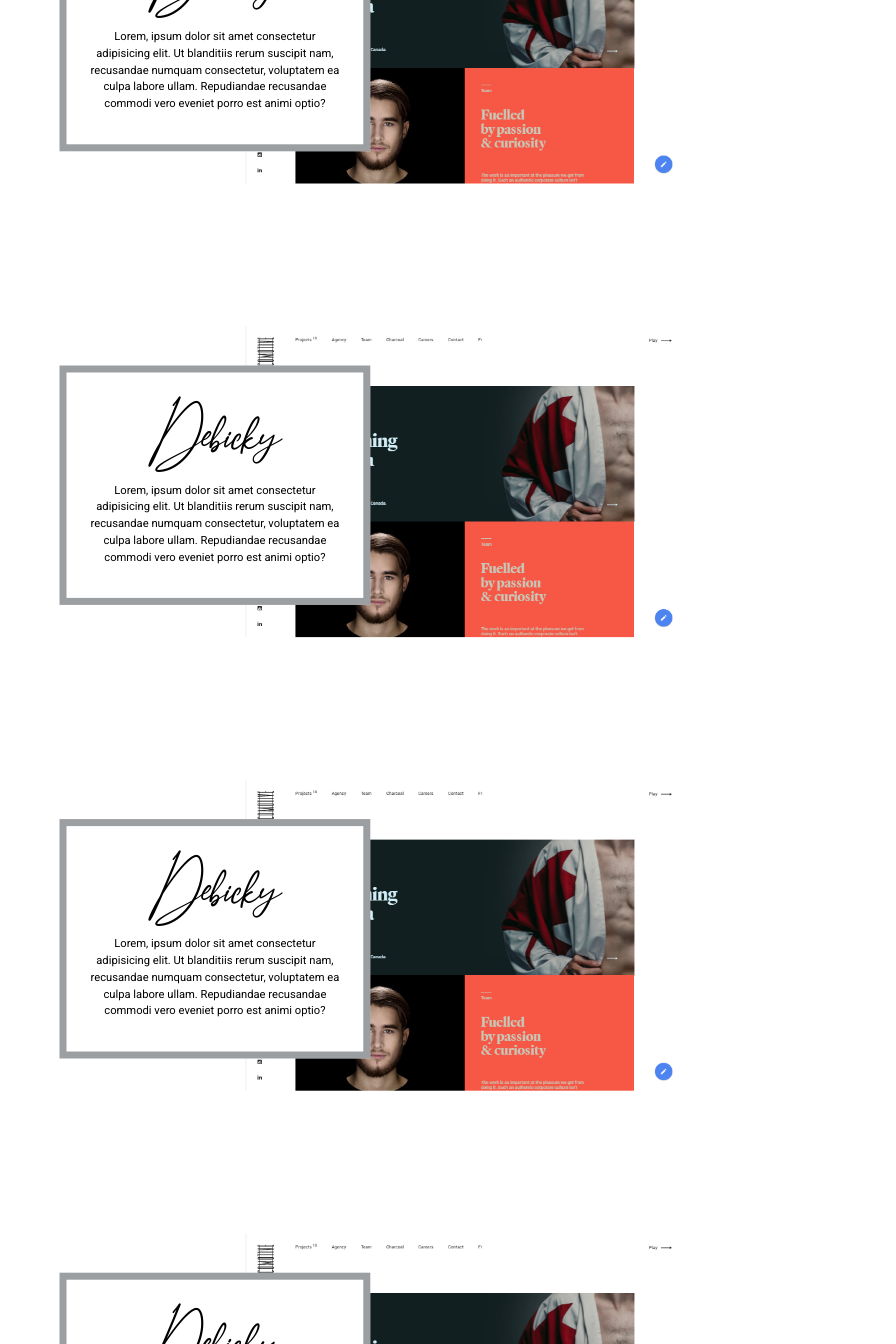
Repository: debicky/debicky.github.io
Page: index.html
The author's editor kept a copy of each file at every save. The page is drawn from the files as they stood at one save, then again after the next save.
The browser window is 1280 px wide. The pictures show the part of the page from y = 1093 to 3013 px (the page is 3779 px tall before and 2915 px after), at 70% of full size.
Some web libraries are served in a nearby version.

Above is the page before, as saved 2020-06-10 12:31:24.

### index.html
<!DOCTYPE html>
<html lang="en">
<head>
  <meta charset="UTF-8">
  <meta name="viewport" content="width=device-width, initial-scale=1.0">
  <title>Debicky</title>
  <link rel="stylesheet" href="https://stackpath.bootstrapcdn.com/bootstrap/4.5.0/css/bootstrap.min.css" integrity="sha384-9aIt2nRpC12Uk9gS9baDl411NQApFmC26EwAOH8WgZl5MYYxFfc+NcPb1dKGj7Sk" crossorigin="anonymous">
  <link rel="stylesheet" href="https://cdnjs.cloudflare.com/ajax/libs/font-awesome/5.11.2/css/all.min.css">
  <link rel="stylesheet" href="styles.css">
</head>
<body>


  <header>
    <a href="index.html">
      <div class="signature">
        <h5 class="signature-heading">Debicky<span class="text-danger font-weight-bolder">.</span></h5>
        <h3 class="signature-subhead">Programista Ruby on Rails</h3>
      </div>
    </a>
  </header>

  <div class="container">
    <nav class="navbar navbar-expand-md p-0 rounded">
      <button class="navbar-toggler" type="button" data-toggle="collapse" data-target="#navbarSupportedContent" aria-controls="navbarSupportedContent" aria-expanded="false" aria-label="Toggle navigation">
        <i class="fas fa-bars"></i>
        <i class="fas fa-times"></i>
      </button>

      <div class="collapse navbar-collapse d-md-flex justify-content-center" id="navbarSupportedContent">
        <ul class="navbar-nav">
          <li class="nav-item active">
            <a class="nav-link" href="index.html">Dom</a>
          </li>
          <li class="nav-item">
            <a class="nav-link" href="#">O mnie</a>
          </li>
          <li class="nav-item">
            <a class="nav-link" href="#">Projekty</a>
          </li>
          <li class="nav-item">
            <a class="nav-link" href="#">Kontakt</a>
          </li>
        </ul>
      </div>
    </nav>
  </div>

  <section class="about py-5">
    <div class="container">
      <div class="about-content">
        <div class="about-description">
          <div class="signature">
            <h5 class="signature-heading">Debicky</h5>
            <p>Lorem, ipsum dolor sit amet consectetur adipisicing elit. Ut blanditiis rerum suscipit nam, recusandae numquam consectetur, voluptatem ea culpa labore ullam. Repudiandae recusandae commodi vero eveniet porro est animi optio?</p>
          </div>
        </div>
        <div class="about-image">
          <a href="/images/1.jpeg">
            <img src="/images/2.jpeg" alt="img1">
          </a>
        </div>
      </div>
    </div>
  </section>

  <hr>

  <section class="projects py-5">
    <div class="container">
      <h1 class="text-center">Projects</h1>

      <div class="project-1">
        <div class="about-content">
          <div class="about-description">
            <div class="signature">
              <h5 class="signature-heading">Debicky</h5>
              <p>Lorem, ipsum dolor sit amet consectetur adipisicing elit. Ut blanditiis rerum suscipit nam, recusandae numquam consectetur, voluptatem ea culpa labore ullam. Repudiandae recusandae commodi vero eveniet porro est animi optio?</p>
            </div>
          </div>
          <div class="about-image">
            <a href="/images/1.jpeg">
              <img src="/images/2.jpeg" alt="img1">
            </a>
          </div>
        </div>
      </div>
      <div class="project-1">
        <div class="about-content">
          <div class="about-description">
            <div class="signature">
              <h5 class="signature-heading">Debicky</h5>
              <p>Lorem, ipsum dolor sit amet consectetur adipisicing elit. Ut blanditiis rerum suscipit nam, recusandae numquam consectetur, voluptatem ea culpa labore ullam. Repudiandae recusandae commodi vero eveniet porro est animi optio?</p>
            </div>
          </div>
          <div class="about-image">
            <a href="/images/1.jpeg">
              <img src="/images/2.jpeg" alt="img1">
            </a>
          </div>
        </div>
      </div>
      <div class="project-1">
        <div class="about-content">
          <div class="about-description">
            <div class="signature">
              <h5 class="signature-heading">Debicky</h5>
              <p>Lorem, ipsum dolor sit amet consectetur adipisicing elit. Ut blanditiis rerum suscipit nam, recusandae numquam consectetur, voluptatem ea culpa labore ullam. Repudiandae recusandae commodi vero eveniet porro est animi optio?</p>
            </div>
          </div>
          <div class="about-image">
            <a href="/images/1.jpeg">
              <img src="/images/2.jpeg" alt="img1">
            </a>
          </div>
        </div>
      </div>
      <div class="project-1">
        <div class="about-content">
          <div class="about-description">
            <div class="signature">
              <h5 class="signature-heading">Debicky</h5>
              <p>Lorem, ipsum dolor sit amet consectetur adipisicing elit. Ut blanditiis rerum suscipit nam, recusandae numquam consectetur, voluptatem ea culpa labore ullam. Repudiandae recusandae commodi vero eveniet porro est animi optio?</p>
            </div>
          </div>
          <div class="about-image">
            <a href="/images/1.jpeg">
              <img src="/images/2.jpeg" alt="img1">
            </a>
          </div>
        </div>
      </div>

    </div>
  </section>


  <footer class="py-5">
    <div class="container">
      <div class="row">
        <div class="col-12 col-md-5 col-lg-4 mb-5 mb-md-0">
          <a href="index.html">
            <div class="signature-footer">
              <h5 class="signature-footer-heading">Debicky<span class="text-danger font-weight-bolder">.</span></h5>
              <h3 class="signature-footer-subhead">Programista Ruby on Rails</h3>
            </div>
          </a>
          <small class="d-block mt-2 text-muted">&copy; 2020</small>
        </div>
        <div class="col-12 col-md-5 col-lg-4 mb-5 mb-md-0">
          <h5 class="text-uppercase">Media</h5>
          <ul class="list-unstyled mb-0">
            <li>
              <a href="https://www.facebook.com/artur.debicki.5" class="text-muted">Facebook</a>
            </li>
            <li>
              <a href="https://www.instagram.com/debicky" class="text-muted">Instagram</a>
            </li>
            <li>
              <a href="https://github.com/debicky" class="text-muted">Github</a>
            </li>
          </ul>
        </div>
        <div class="col-12 col-md-5 col-lg-4">
          <h5 class="text-uppercase">Kontakt</h5>
              <ul class="list-unstyled text-small mb-0">
                <li>
                  <a href="mailto:arturd444@gmail.com" class="text-muted">arturd444@gmail.com</a>
                </li>
                <li>
                  <p class="text-muted">+48 692 138 221</p>
                </li>
              </ul>
        </div>
      </div>
    </div>
  </footer>



  <script src="https://code.jquery.com/jquery-3.5.1.slim.min.js" integrity="sha384-DfXdz2htPH0lsSSs5nCTpuj/zy4C+OGpamoFVy38MVBnE+IbbVYUew+OrCXaRkfj" crossorigin="anonymous"></script>
  <script src="https://cdn.jsdelivr.net/npm/popper.js@1.16.0/dist/umd/popper.min.js" integrity="sha384-Q6E9RHvbIyZFJoft+2mJbHaEWldlvI9IOYy5n3zV9zzTtmI3UksdQRVvoxMfooAo" crossorigin="anonymous"></script>
  <script src="https://stackpath.bootstrapcdn.com/bootstrap/4.5.0/js/bootstrap.min.js" integrity="sha384-OgVRvuATP1z7JjHLkuOU7Xw704+h835Lr+6QL9UvYjZE3Ipu6Tp75j7Bh/kR0JKI" crossorigin="anonymous"></script>
  <script src="script.js"></script>

</body>
</html>

### styles.css
@import url('https://fonts.googleapis.com/css?family=Playfair+Display+SC|Roboto:300,400&display=swap');

@font-face {
  font-family: "AmostelySignature";
  src: url("/fonts/AmostelySignature.ttf");
  }

body, html {
  font-family: "Roboto", sans-serif;
}

a:hover {
  text-decoration: none;;
}

/* Heading & nav  */

header{
  height: 200px;
  width: 100%;
  display: flex;
  align-items: center;
  justify-content: center;
}

.signature{
  color: black;
  text-align: center;
  user-select: none;
}


.signature-heading{
  font-family: 'AmostelySignature', cursive;
  font-size: 80px;
  margin-bottom: 30px;
}

.signature-subhead{
  font-family: 'Playfair Display SC', sans-serif;
  font-size: 12px;
  text-transform: uppercase;
  margin-bottom: 0;
}

.navbar{
  background-color: #384147;
}

.navbar-toggler i{
  color: #fff;
  font-size: 25px;
}

.navbar-toggler .fa-times{
  display: none;
}

.navbar-toggler.menu-open  .fa-bars{
  display: none;
}

.navbar-toggler.menu-open  .fa-times{
  display: block;
}

.navbar-nav{
  padding: 20px;
}

.nav-link{
  color: #fff;
  text-transform: uppercase;
  transition: opacity .5s;
  font-size: 12px;
}

.nav-link:hover{
  color: maroon;
}

/* About */

.about-content{
  display: flex;
  flex-direction: column;
}

.about-description{
  width: 100%;
  background-color: #fff;
  padding: 40px;
  outline: 5px solid rgba(56, 65, 71, 0.5);
  outline-offset: -5px;
  order: 2;
  margin-top: 5px;
}

.about-image{
  order: 1;
}

.about-image img{
  width: 100%;
  height: auto;
  display: block;
}

.about-image a::after{
  font-family: 'Font Awesome 5 Free';
  content: "\f35d";
  font-weight: 600;
  position: absolute;
  top: 50%;
  left: 50%;
  transform: translate(-50%, -50%);
  color: maroon;
  font-size: 25px;
  z-index: 101;
  width: 70px;
  height: 70px;
  border: 3px solid #fff;
  border-radius: 100%;
  display: flex;
  align-items: center;
  justify-content: center;
  opacity: 0;
  transition: opacity .5s;
}

.about-image a:hover::after{
  opacity: .7;
}


.project-1{
  height: 90vh;
}

/* Footer */


footer {
  background-color: #151515;
}

.signature-footer-heading{
  font-family: 'AmostelySignature', cursive;
  font-size: 50px;
  margin-bottom: 30px;
}

.signature-footer-subhead{
  font-family: 'Playfair Display SC', sans-serif;
  font-size: 12px;
  text-transform: uppercase;
}

footer h5, footer h3{
  color: #fff;
  font-family: 'Playfair Display SC', sans-serif;
}

a.text-muted:hover{
  color: maroon !important;
}


/* Responsive */

@media screen and (min-width: 768px) {
  .navbar{
    background-color: transparent;
  }
  .navbar-nav{
    padding: 0;
  }
  .nav-link{
    color: #384147;
  }

  nav:hover .nav-link:not(:hover){
    opacity: .5;
  }

  .about-content{
    position: relative;
    display: block;
  }

  .about-description{
    position: absolute;
    top: 80%;
    transform: translateY(-50%);
    width: 60%;
    outline-offset: -10px;
  }

  .about-description:nth-child(2){
    position: absolute;
    top: 80%;
    transform: translateY(-50%);
    width: 60%;
    outline-offset: -10px;
  }

  .about-image img{
    width: 70%;
    margin-left: auto;
  }
  .about-image img:nth-child(2){
    width: 70%;
    margin-left: auto;
  }
}

@media screen and (min-width: 1200px) {
  .about-description{
    top: 50%;
    width: 40%;
    outline: 10px solid rgba(56, 65, 71, 0.5);
    offset: -20px;
  }

  .about-image{
    width: 80%;
  }
}

### script.js
$('.navbar-toggler').on('click', function () {
  $(this).toggleClass('menu-open')
})

After the next save:
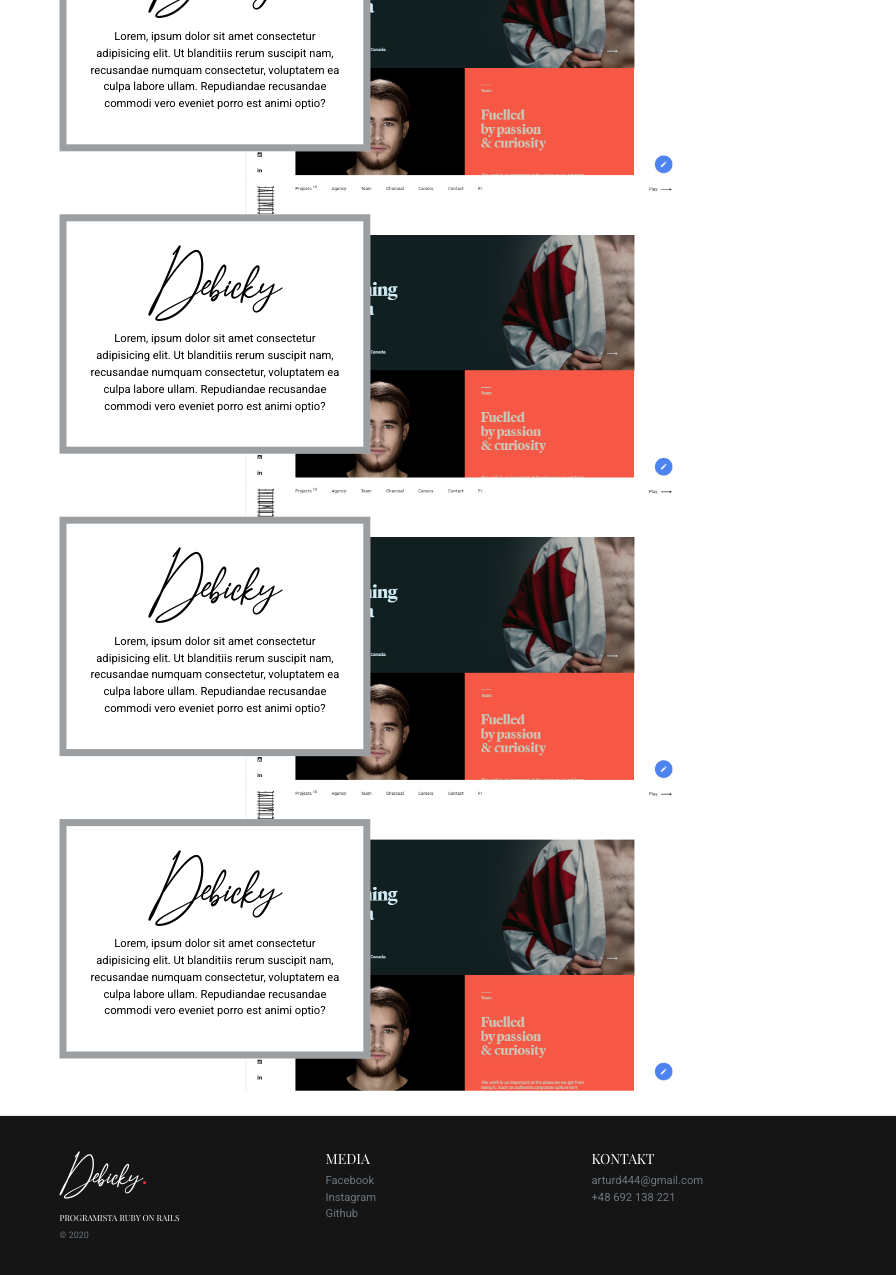
Saved 4 s later.
--- a/styles.css
+++ b/styles.css
@@ -134,7 +134,7 @@ header{
 
 
 .project-1{
-  height: 90vh;
+  height: 60vh;
 }
 
 /* Footer */
